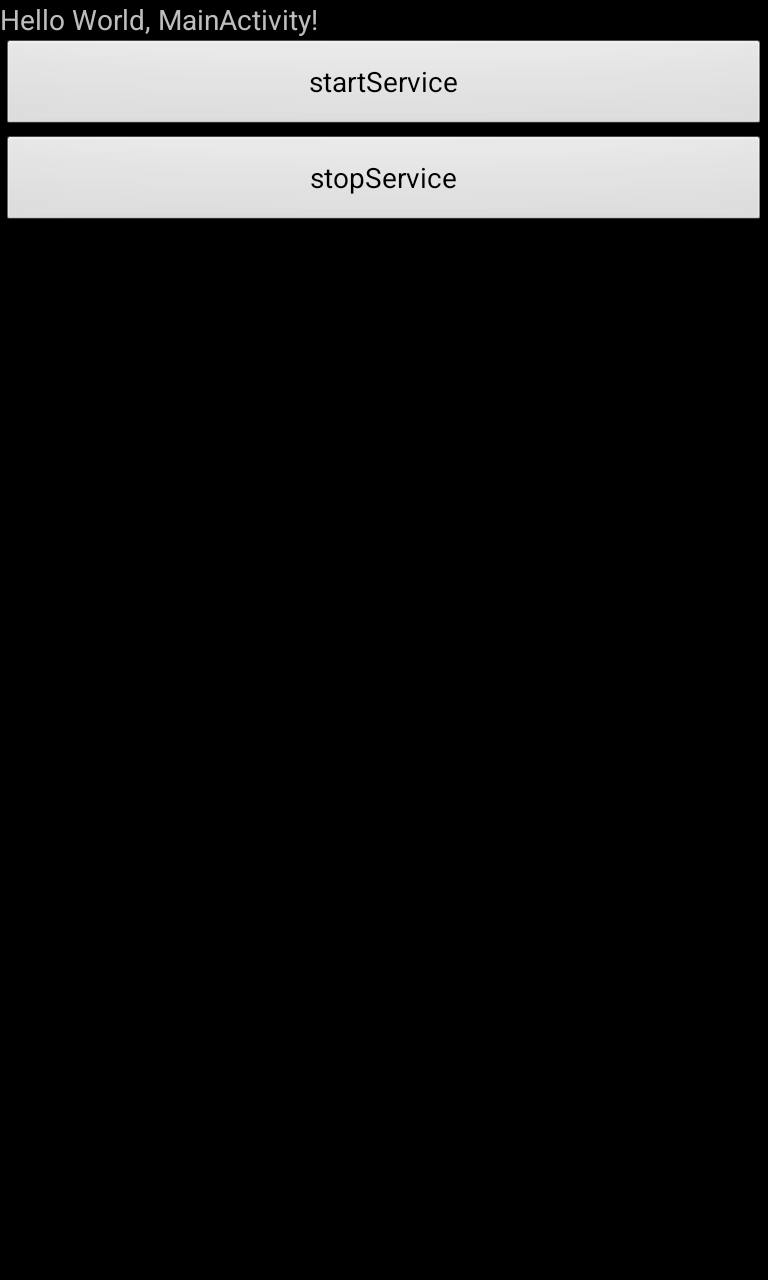
Repository: fangbao/Google_Android
Layout: Android_space/14.Service/res/layout/binder.xml
An editor plug-in stored every save of this project. The layout is shown before and after the next save, followed by the edit.
It is drawn on a 768 x 1280 px phone screen (xhdpi) without system bars, with theme android:Theme; the app's code is not run.

Above is the layout before, as saved 2011-12-25 17:01:35.

### Android_space/14.Service/res/layout/binder.xml
<?xml version="1.0" encoding="utf-8"?>
<LinearLayout xmlns:android="http://schemas.android.com/apk/res/android"
    android:layout_width="fill_parent"
    android:layout_height="fill_parent"
    android:orientation="vertical" >

    <TextView
        android:layout_width="fill_parent"
        android:layout_height="wrap_content"
        android:text="@string/hello" />

    <Button
        android:id="@+id/btnStartService"
        android:layout_width="match_parent"
        android:layout_height="wrap_content"
        android:text="startService" />

    <Button
        android:id="@+id/btnStopService"
        android:layout_width="match_parent"
        android:layout_height="wrap_content"
        android:text="stopService" />

</LinearLayout>

### Android_space/14.Service/res/values/strings.xml
<?xml version="1.0" encoding="utf-8"?>
<resources>

    <string name="hello">Hello World, MainActivity!</string>
    <string name="app_name">Service</string>

</resources>

After the next save:
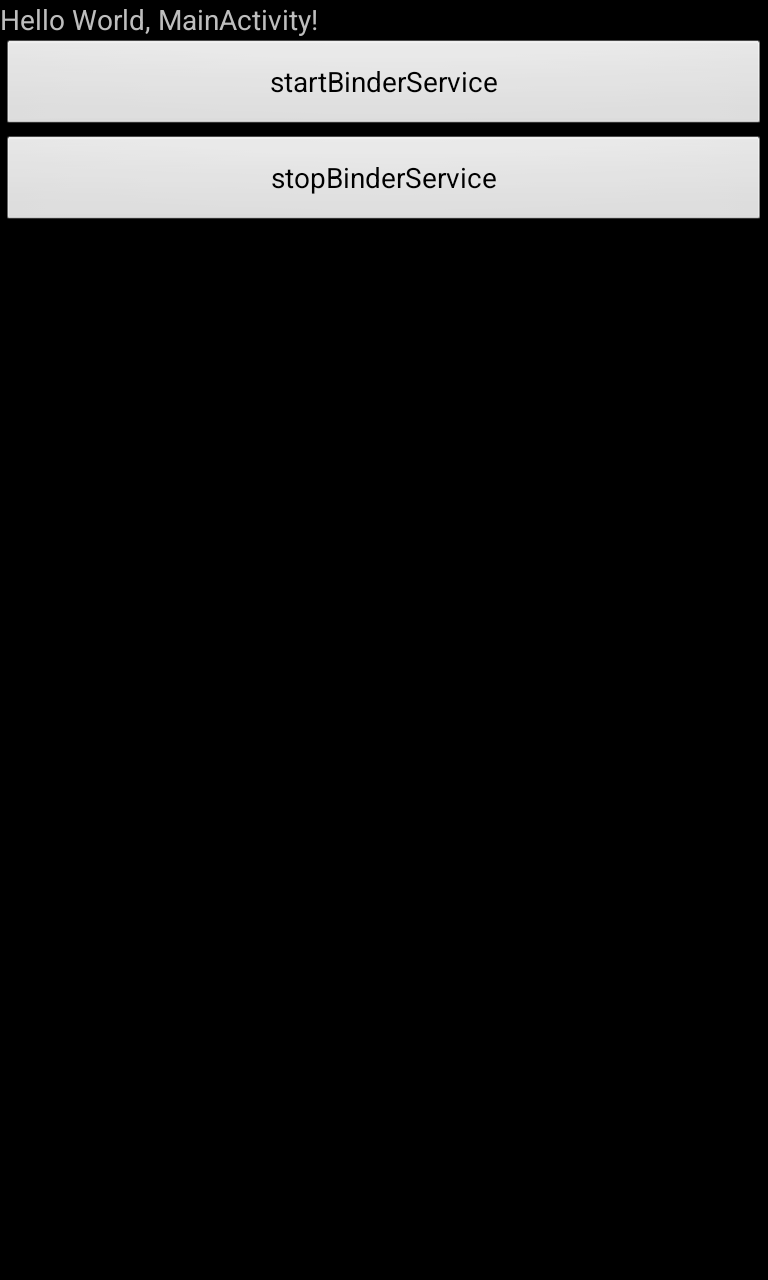
Saved 47 s later.
--- a/Android_space/14.Service/res/layout/binder.xml
+++ b/Android_space/14.Service/res/layout/binder.xml
@@ -10,15 +10,15 @@
         android:text="@string/hello" />
 
     <Button
-        android:id="@+id/btnStartService"
+        android:id="@+id/btnStartBinderService"
         android:layout_width="match_parent"
         android:layout_height="wrap_content"
-        android:text="startService" />
+        android:text="startBinderService" />
 
     <Button
-        android:id="@+id/btnStopService"
+        android:id="@+id/btnStopBinderService"
         android:layout_width="match_parent"
         android:layout_height="wrap_content"
-        android:text="stopService" />
+        android:text="stopBinderService" />
 
 </LinearLayout>
